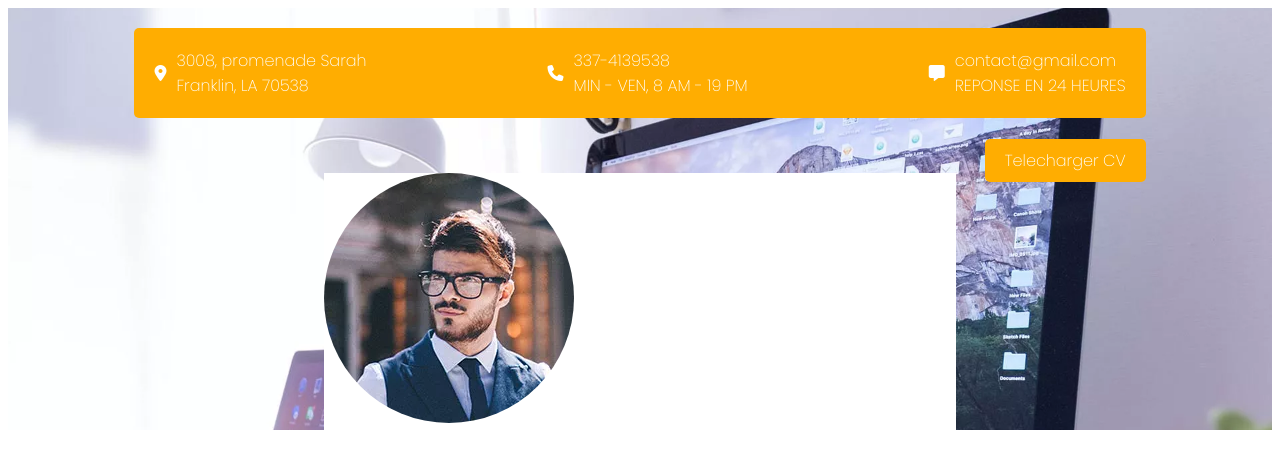
Repository: wadelfadill/CV_PORTFOLIO
Page: index.html
An editor plug-in stored every save of this project. The page is shown before and after the next save, followed by the edit.
The browser window is 1280 px wide. The pictures show the whole page.

Above is the page before, as saved 2023-03-13 13:23:02.

### index.html
<!DOCTYPE html>
<html lang="en">
<head>
    <meta charset="UTF-8">
    <meta http-equiv="X-UA-Compatible" content="IE=edge">
    <meta name="viewport" content="width=device-width, initial-scale=1.0">
    <title>CV - Portfolio</title>
    <link rel="stylesheet" href="style.css">
    <link rel="stylesheet" href="path/to/font-awesome/css/font-awesome.min.css">
    <link href="/fontawesome/css/all.css" rel="stylesheet">
    <link href="/fontawesome/css/fontawesome.css" rel="stylesheet">
    <link href="/fontawesome/css/brands.css" rel="stylesheet">
    <link href="/fontawesome/css/solid.css" rel="stylesheet">
    <link rel="stylesheet" href="/fontawesome/css/regular.css">
    <link rel="preconnect" href="https://fonts.googleapis.com">
    <link rel="stylesheet" href="/fontawesome/css/all.min.css">
<link rel="preconnect" href="https://fonts.gstatic.com" crossorigin>
<link href="https://fonts.googleapis.com/css2?family=Manrope&family=Montserrat&family=Poppins:wght@200&family=Roboto&display=swap" rel="stylesheet">
</head>
<body>
    <header>
        <div class="head">
            <div class="address">
                <div class="add-1">
                    <div class="add-icone"><i class="fa-sharp fa-solid fa-location-dot"></i></div>
                    <div class="add-text">3008, promenade Sarah <br> Franklin, LA 70538</div>
                </div>
                <div class="add-1">
                    <div class="add-icone"><i class="fa-sharp fa-solid fa-phone"></i></div>
                    <div class="add-text">337-4139538 <br> MIN - VEN, 8 AM - 19 PM</div>
                </div>
                <div class="add-1">
                    <div class="add-icone"><i class="fa-solid fa-message"></i></div>
                    <div class="add-text">contact@gmail.com <br>REPONSE EN 24 HEURES</div>
                </div>
            </div>
            <div class="download">
                <a href="#" class="button">Telecharger CV</a>
            </div>
        </div>
        <div class="head_2">
           <div class="espace">

           </div>
           <div class="presentation">
            <img src="images/profile.jpg" alt="profile" class="profil">
           </div>
           <div class="espace">

           </div>
        </div>
    </header>
    <main>

    </main>
    <footer>

    </footer>
</body>
</html>

### style.css
body{
    color: white;
    font-family: 'Poppins';
}
header{
    margin: 0;
    width: 100%;
    height: auto;
    padding-top: 20px;
    background: url("images/background.jpg");
    background-size: cover;
    opacity: 1;
    background-attachment: fixed;
}
.address{
    background-color: #FFAD01;
    padding: 20px;
    display: flex;
    justify-content: space-between;
    border-radius: 5px;
    z-index: 1;


}
.add-1{
    display: flex;
    justify-content: space-between;
    align-items: center;
    gap: 10px;
}
.head{
    display: flex;
    flex-direction: column;
    justify-content: space-between;
    gap: 30px;
    padding-left: 10%;
    padding-right: 10%;


}
.download{
   align-self: flex-end;
   margin: 0;
}
.download a{
    margin: 0;
    padding-top: 10px;
    padding-bottom: 10px;
    padding-right: 20px;
    padding-left: 20px;
    background-color: #FFAD01;
    align-self: flex-end;
    color: white;
    text-decoration: none;
    border-radius: 5px;

}
.profil{
    border-radius: 100%;
}
.head_2{
    display: grid;
    grid-template-columns: 25% 50% 25%;
    grid-template-rows: auto;
}
.presentation{
    background-color: white;
    z-index: 1;
    justify-content: center;
    align-items: center;
    background-position-x: -70px;

}
.espace{
    background: none;
}

Loaded but not shown: fontawesome/css/all.css (library); fontawesome/css/fontawesome.css (library); fontawesome/css/solid.css (common file); fontawesome/css/regular.css (common file); fontawesome/css/all.min.css (library); fontawesome/css/brands.css (1522 lines, source omitted)

After the next save:
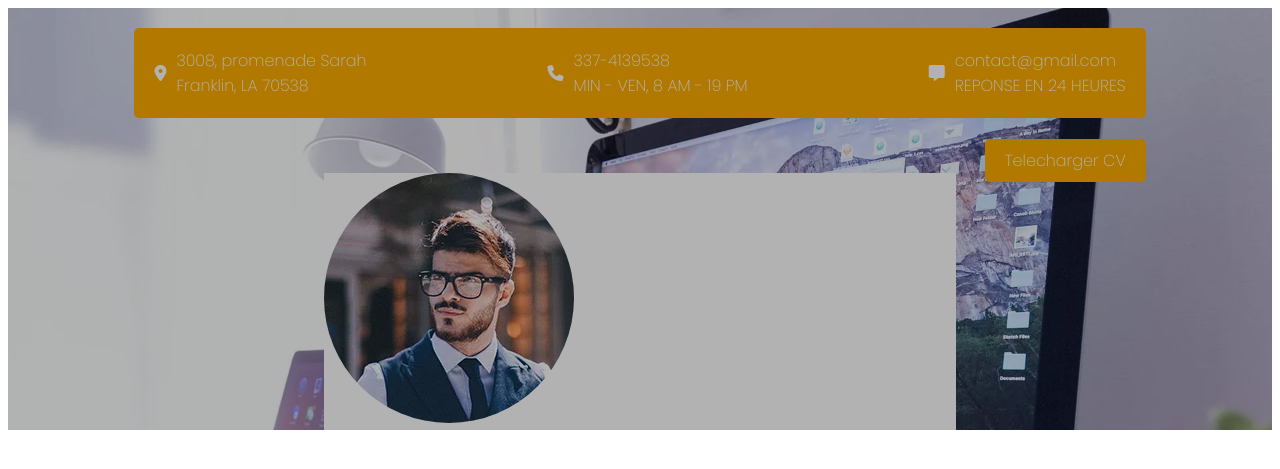
Saved 4 min 59 s later.
--- a/style.css
+++ b/style.css
@@ -11,6 +11,7 @@
     background-size: cover;
     opacity: 1;
     background-attachment: fixed;
+    filter: brightness(70%);
 }
 .address{
     background-color: #FFAD01;
@@ -68,7 +69,7 @@
     z-index: 1;
     justify-content: center;
     align-items: center;
-    background-position-x: -70px;
+
 
 }
 .espace{

After the 4 saves that followed:
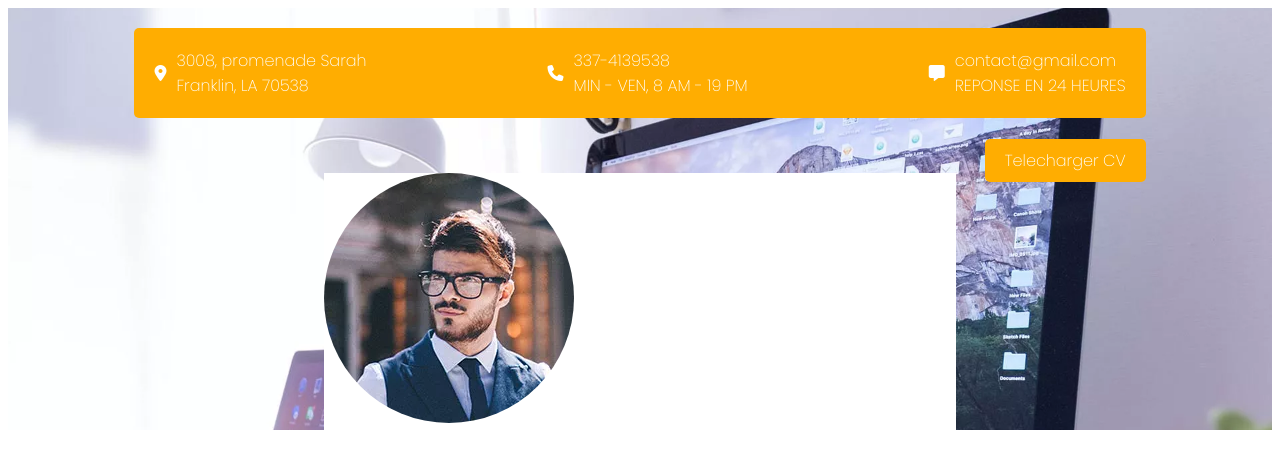
The 4 saves are shown as one change because 3 left the picture as it was.
The last was saved 3 min 54 s later.
--- a/style.css
+++ b/style.css
@@ -11,7 +11,7 @@
     background-size: cover;
     opacity: 1;
     background-attachment: fixed;
-    filter: brightness(70%);
+    z-index: 0;
 }
 .address{
     background-color: #FFAD01;
@@ -19,7 +19,7 @@
     display: flex;
     justify-content: space-between;
     border-radius: 5px;
-    z-index: 1;
+    z-index: 100;
 
 
 }
